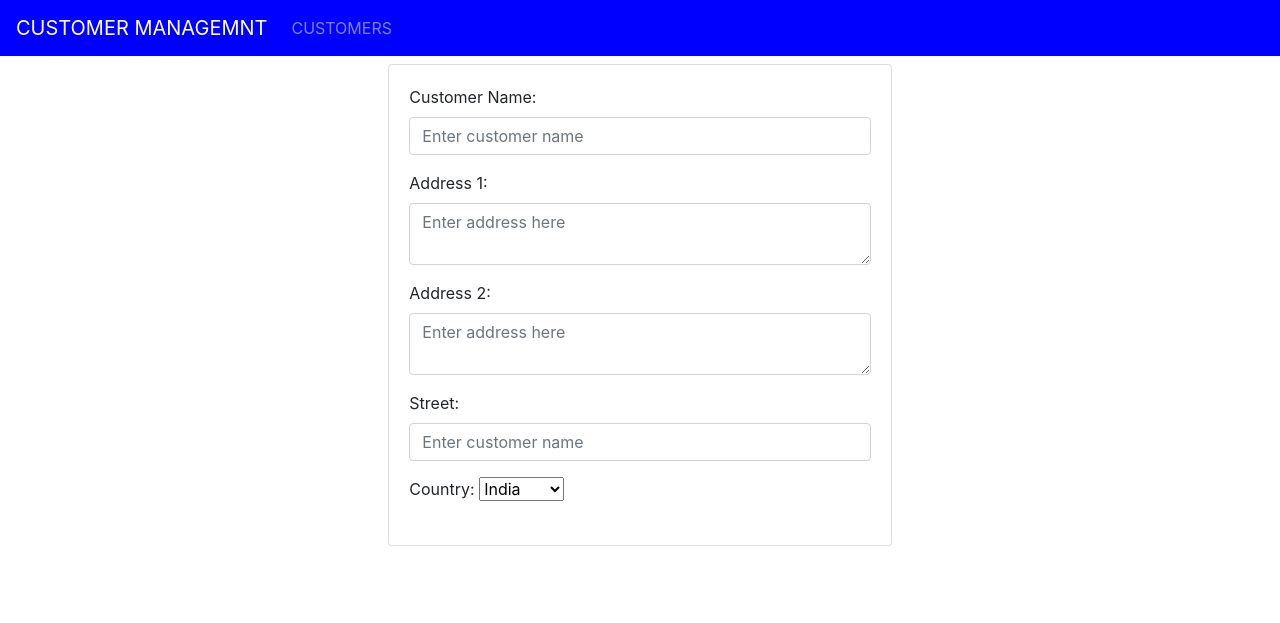
Repository: shruti-2522/webdirekt-assignment
Page: http://localhost/Customer-Project/customer-form.jsp
These files come from the project's save history. The page is drawn as it stood at one moment and after the next save; the edit follows.
The browser window is 1280 px wide. The pictures show the whole page.
The page is served by Tomcat 9. Other server files are loaded and not shown.

Above is the page before, as saved 2021-07-05 10:39:18.

### Customer-Project/src/main/webapp/customer-form.jsp
<%@ page language="java" contentType="text/html; charset=ISO-8859-1"
	pageEncoding="ISO-8859-1"%>
<!DOCTYPE html>
<html>
<head>
<meta charset="ISO-8859-1">
<title>Add Customer</title>
<link rel="stylesheet"
	href="https://cdn.jsdelivr.net/npm/bootstrap@4.5.3/dist/css/bootstrap.min.css"
	integrity="sha384-TX8t27EcRE3e/ihU7zmQxVncDAy5uIKz4rEkgIXeMed4M0jlfIDPvg6uqKI2xXr2"
	crossorigin="anonymous">
</head>
<body>

	<header>
		<nav class="navbar navbar-expand-md navbar-dark"
			style="background-color: blue">
			<div>
				<a class="navbar-brand">CUSTOMER MANAGEMNT</a>
			</div>

			<ul class="navbar-nav">
				<li><a href="<%=request.getContextPath()%>/list"
					class="nav-link">CUSTOMERS</a></li>
			</ul>
		</nav>


	</header>

	<div class="container col-md-5 mt-2">
		<div class="card">
			<div class="card-body">

				<fieldset class="form-group">
					<label>Customer Name:</label> <input type="text"
						class="form-control" placeholder="Enter customer name" name="name"
						required>
				</fieldset>


				<fieldset class="form-group">
					<label>Address 1:</label>
					<textarea class="form-control" name="addr1" placeholder="Enter address here" ></textarea>
			</fieldset>



				<fieldset class="form-group">
					<label>Address 2:</label>
					<textarea class="form-control" name="addr2" placeholder="Enter address here" ></textarea>
			</fieldset>

			<fieldset class="form-group">
					<label>Street:</label> <input type="text"
						class="form-control" placeholder="Enter customer name" name="street"
						>
				</fieldset>


			<fieldset class="form-group">
					<label>Country:</label>

					<select name="country">
					<option>India</option>
					<option>America</option>
				    <option>Chin</option>
					</select>
				</fieldset>



			</div>

		</div>
	</div>




</body>
</html>

After the next save:
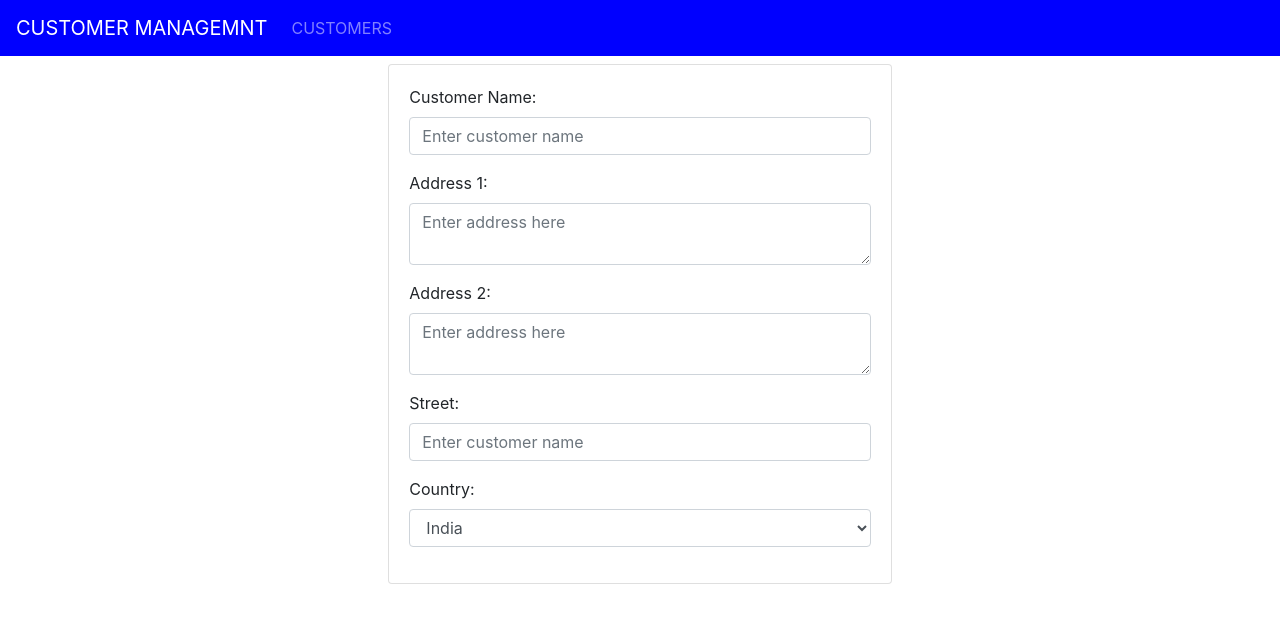
Saved 22 s later.
--- a/Customer-Project/src/main/webapp/customer-form.jsp
+++ b/Customer-Project/src/main/webapp/customer-form.jsp
@@ -61,10 +61,11 @@
 			<fieldset class="form-group">
 					<label>Country:</label>
 
-					<select name="country">
+					<select name="country"  class="form-control">
 					<option>India</option>
 					<option>America</option>
 				    <option>Chin</option>
+				    <option>Other</option>
 					</select>
 				</fieldset>
 
